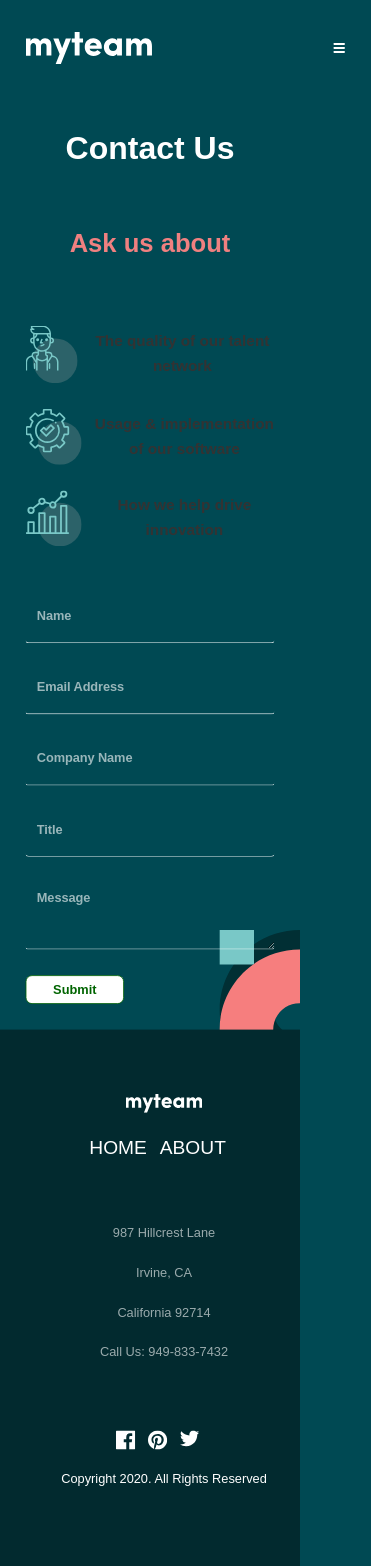
Repository: Gabriel221-dev/Project-page-main
Page: /contact
These files come from the project's save history. The page is drawn as it stood at one moment and after the next save; the edit follows.
The browser window is 375 px wide. The page is 464 px wide, so the pictures cover 464 px, including what lies to the right of the window. The pictures show the whole page, at 80% of full size.
The project was rebuilt for these pictures with package versions that can differ from the ones it lists, and the page was loaded fresh each time. Also part of the build but not shown: vite.config.js, src/components/ContactBanner.css, src/components/ContactBanner.jsx, src/pages/Home.jsx, src/pages/About.css, src/components/DirectorCard.css, src/components/DirectorCard.jsx, src/pages/About.jsx.

Above is the page before, as saved 2024-07-23 11:48:14.

After the next save:
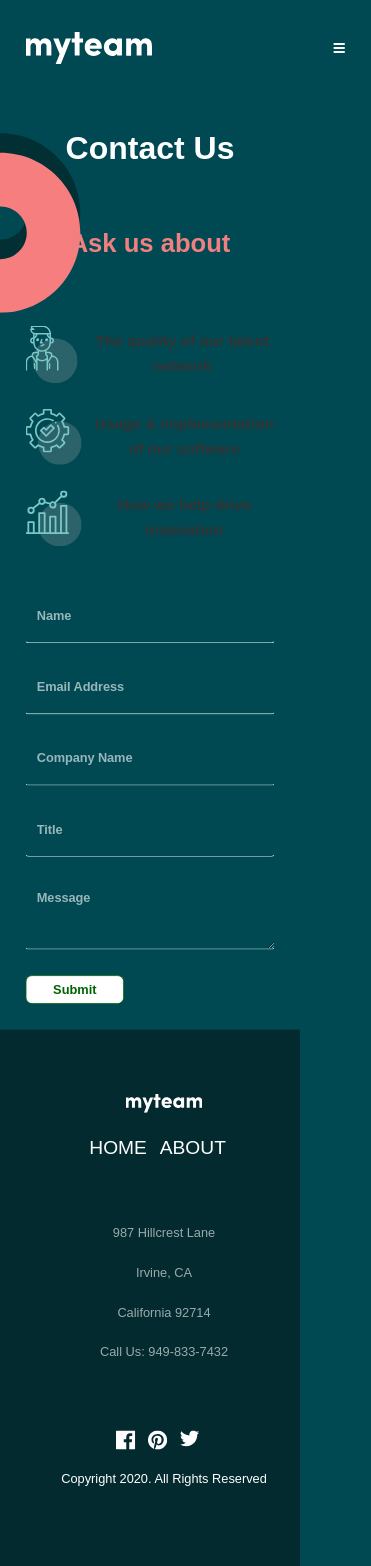
Saved 108 s later.
--- a/src/pages/Contact.css
+++ b/src/pages/Contact.css
@@ -9,9 +9,12 @@
     @media only screen and (max-width: 786px) {
         background-position: left -100px top 38px, right -100px bottom;
     }
+}
 
-    @media only screen and (max-width: 480px) {
+@media only screen and (max-width: 480px) {
+    .contact{
         background-image: url(/public/Imagez/bg-pattern-contact-2.svg);
+        background-image:url(/Imagez/bg-pattern-contact-2.svg)
         background-position: right -100px bottom -100px;
     }
 }

After the save that followed:
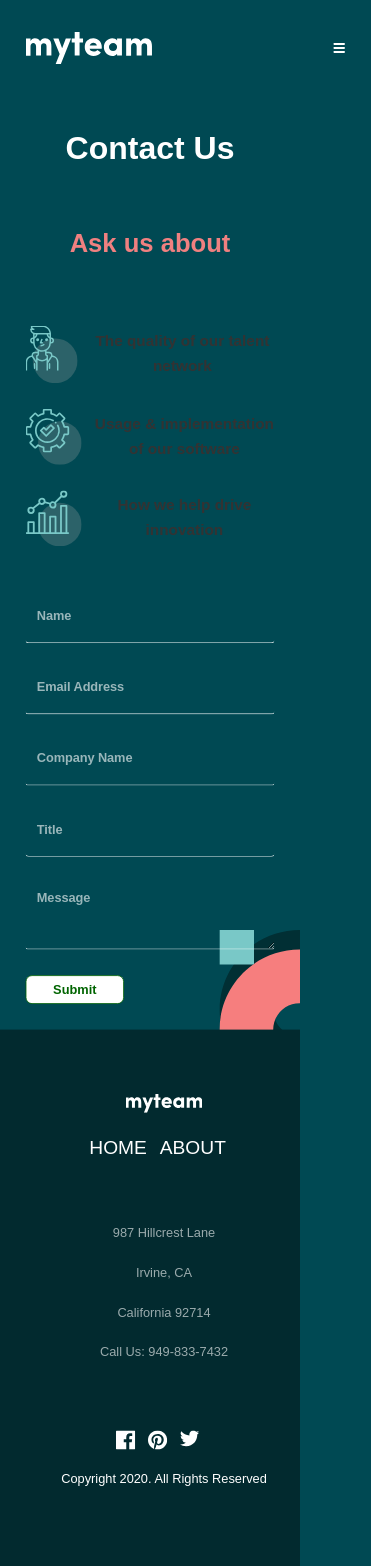
Saved 20 s later.
--- a/src/pages/Contact.css
+++ b/src/pages/Contact.css
@@ -14,7 +14,7 @@
 @media only screen and (max-width: 480px) {
     .contact{
         background-image: url(/public/Imagez/bg-pattern-contact-2.svg);
-        background-image:url(/Imagez/bg-pattern-contact-2.svg)
+        background-image:url(/Imagez/bg-pattern-contact-2.svg);
         background-position: right -100px bottom -100px;
     }
 }
